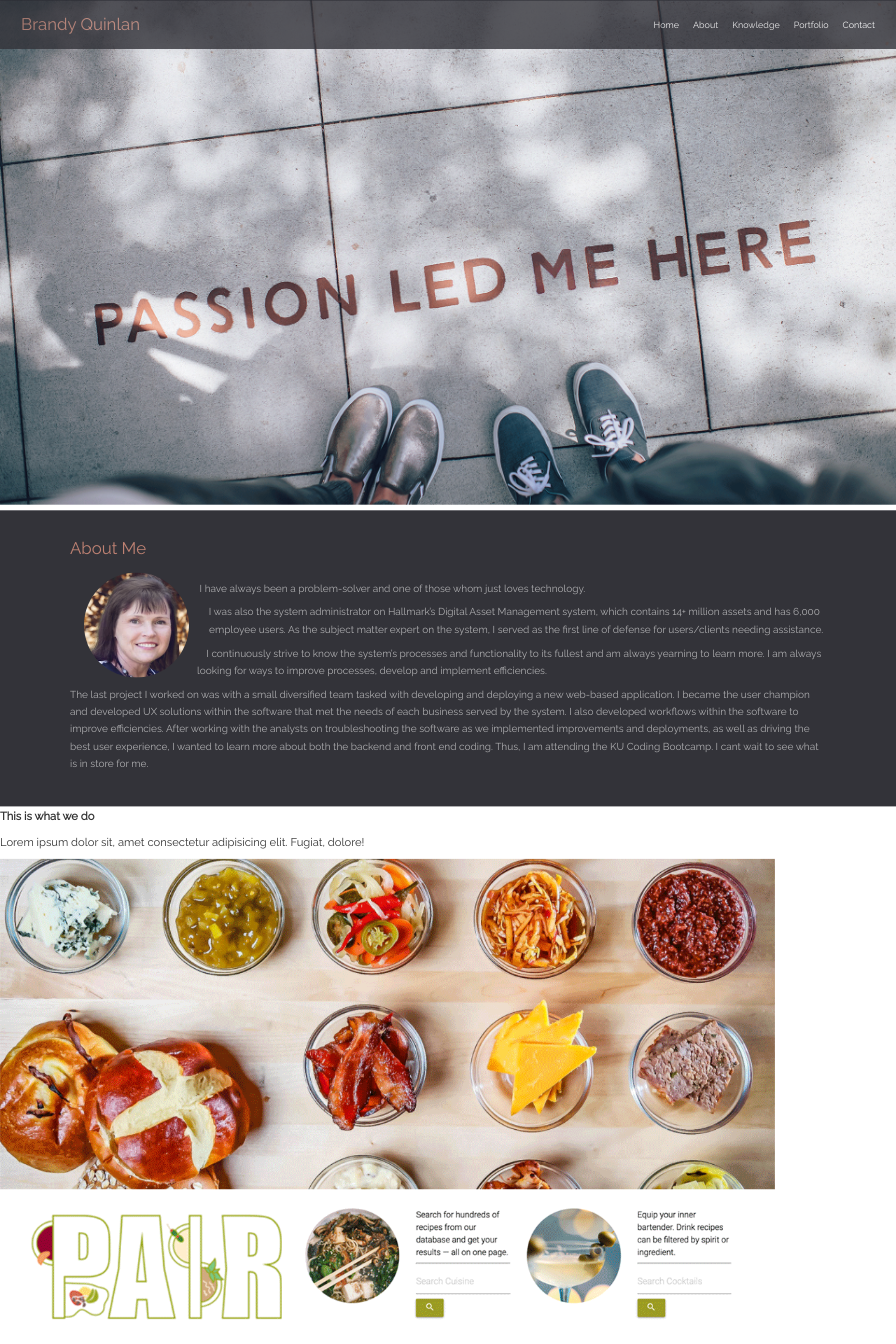
Repository: brandyquinlan/brandyquinlan
Page: index.html
The author's editor kept a copy of each file at every save. The page is drawn from the files as they stood at one save, then again after the next save.
The browser window is 1280 px wide. The pictures show the part of the page from y = 0 to 1920 px (the page is 3384 px tall before and 3530 px after), at 70% of full size.
Some web libraries are served in a nearby version.

Above is the page before, as saved 2021-02-05 11:16:12.

After the next save:
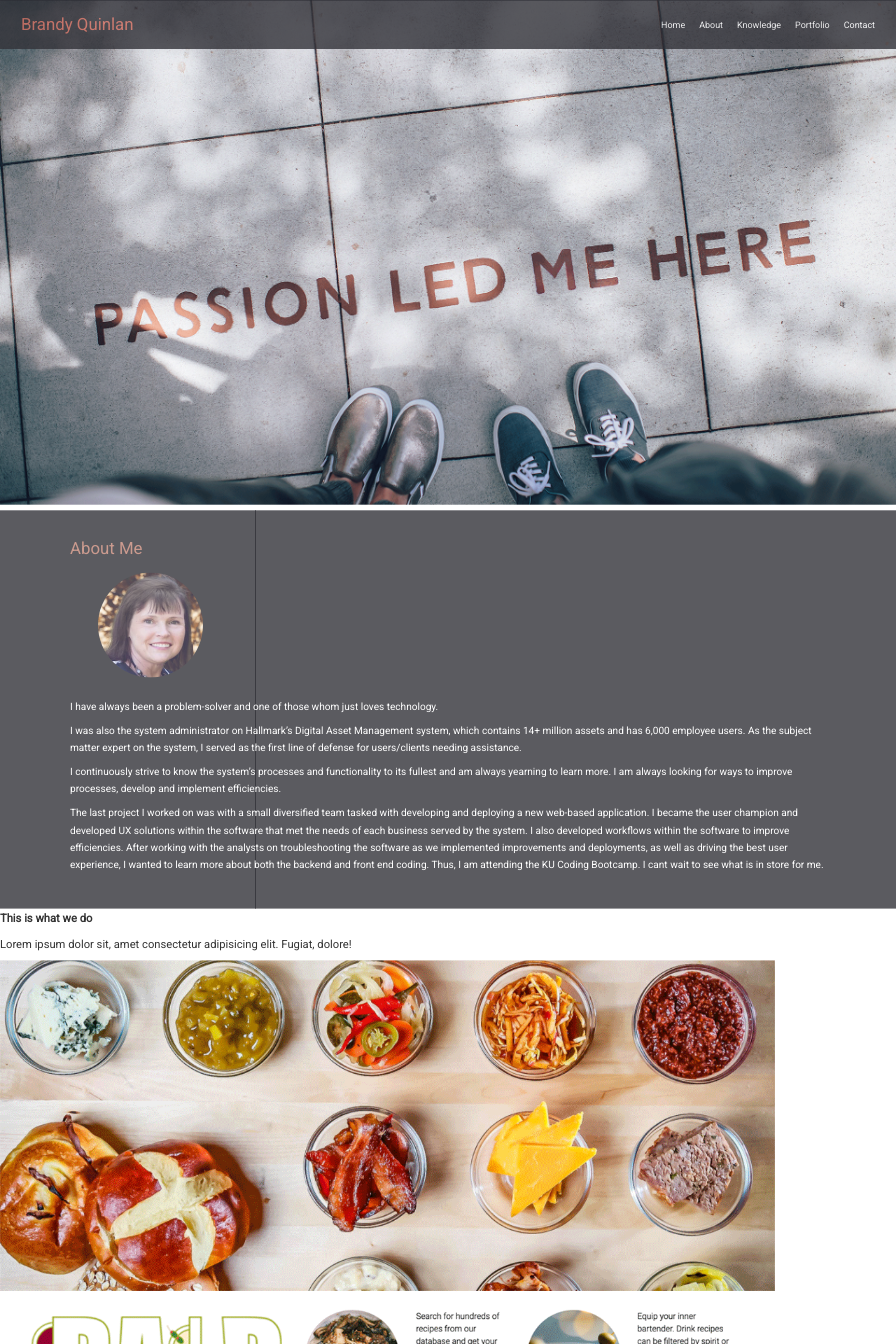
Saved 21 s later.
--- a/css/style.css
+++ b/css/style.css
@@ -8,7 +8,7 @@
 /* Base Styles */
 
 body {
-    font-family: 'Raleway', sans-serif;
+    font-family: 'Roboto', sans-serif;
     background: #fff;
     color: #333;
     line-height: 1.7;
@@ -52,7 +52,7 @@ img {
 
 header h1 {
     /* color: #e97a5b; */
-    color: #bf8273;
+    color: #d36e5f;
     padding-left: 10px;
 }
 
@@ -94,20 +94,19 @@ header h1 {
     padding: 40px 100px;
     background: #333339;
     color: #fff;
+    opacity: .8;
     font-size: .9rem;
 }
 
 #aboutMe h1 {
     color: #bf8273;
-    padding-bottom: 20px;
 }
 
 #aboutRow1 {
-    float: left;
-    /* padding: 20px; */
+    display: flex;
+    padding: 20px;
     justify-content: space-between;
     margin: 0 20px;
-    shape-outside: circle();
 }
 
 #aboutMe img {
@@ -115,10 +114,6 @@ header h1 {
     margin-right: 50px;
     width: 150px;
     height: 150px;
-}
-
-#aboutMe p {
-    opacity: .6;
 }
 
 
